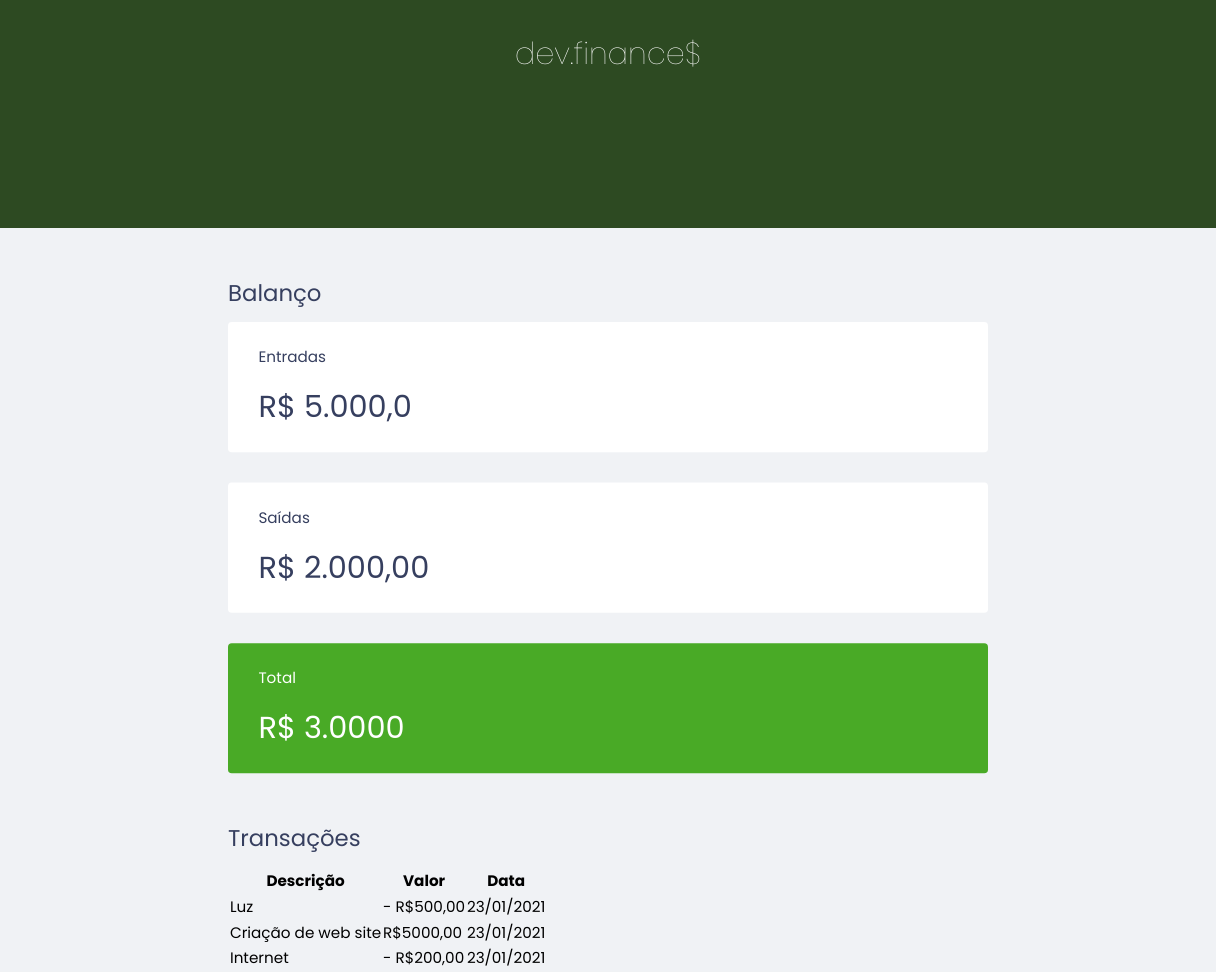
Repository: rafaelmgr12/maratona-dev01
Page: index.html
The author's editor kept a copy of each file at every save. The page is drawn from the files as they stood at one save, then again after the next save.
The browser window is 1280 px wide. The pictures show the whole page, at 95% of full size.

Above is the page before, as saved 2021-04-26 20:42:33.

### index.html
<!DOCTYPE html>
<html lang="pt-br">
  <head>
    <meta charset="UTF-8" />
    <meta http-equiv="X-UA-Compatible" content="IE=edge" />
    <meta name="viewport" content="width=device-width, initial-scale=1.0" />
    <title>Rafael-app.finance$</title>
    <link rel="stylesheet" href="style.css">
    <link rel="preconnect" href="https://fonts.gstatic.com">
    <link href="https://fonts.googleapis.com/css2?family=Poppins:ital,wght@0,100;0,400;0,700;1,100;1,400;1,700&display=swap" rel="stylesheet">
  </head>
  <body>
    <header><h1 id = "logo">dev.finance$</h1></header>
    <main class = "container">
      <section id="balance">
        <h2>Balanço</h2>
        <div class = "card">
          <h3>Entradas</h3>
          <p>R$ 5.000,0</p>
        </div>
        <div class = "card">
          <h3>Saídas</h3>
          <p>R$ 2.000,00</p>
        </div>
        <div class="card total">
          <h3>Total</h3>
          <p>R$ 3.0000</p>
        </div>
      </section>
      <section id = "transaction">
        <h2>Transações</h2>
        <table id= "data-table">
          <thead>
            <tr>
              <th>Descrição</th>
              <th>Valor</th>
              <th>Data</th>
            </tr>
          </thead>
          <tbody>
            <tr>
              <td>Luz</td>
              <td>- R$500,00</td>
              <td>23/01/2021</td>
            </tr>
            <tr>
              <td>Criação de web site</td>
              <td>R$5000,00</td>
              <td>23/01/2021</td>
            </tr>
            <tr>
              <td>Internet</td>
              <td>- R$200,00</td>
              <td>23/01/2021</td>
            </tr>
          </tbody>
        </table>
      </section>
    </main>
    <footer></footer>
  </body>
</html>

### style.css
/* Global ======================================== */
:root {
  --dark-blue: #363f5f;
}
* {
  margin: 0;
  padding: 0;
  box-sizing: border-box;
}

body {
  background: #f0f2f5;
  font-family: "Poppins", sans-serif;
}
.container {
  width: min(90vw, 800px);
  margin: auto;
}
/* Titles ======================================== */
h2 {
  margin-top: 3.2rem;
  margin-bottom: 0.8rem;
  color: var(--dark-blue);

  font-weight: normal;
}

/* Header ======================================== */
header {
  background: #2d4a22;
  padding: 2rem 0 10rem;
  text-align: center;
}

#logo {
  color: #fff;
  font-weight: 100;
}

/* Balance ======================================== */
balance {
  margin-top: -8rem;
}

balance h2 {
  color: white;
  margin-top: 0;
}

/* Cards ======================================== */

.card {
  background: white;
  padding: 1.5rem 2rem;
  border-radius: 0.25rem;

  margin-bottom: 2rem;

  color: var(--dark-blue);
}

.card h3 {
  font-weight: normal;
  font-size: 1rem;
}

.card p {
  font-size: 2rem;
  line-height: 3rem;

  margin-top: 1rem;
}

.card.total{
    background: #49aa26;
    color: white;
}
/* Table  ======================================== */
#transaction{

}

/* footer ======================================== */
footer {
  text-align: center;
}

After the next save:
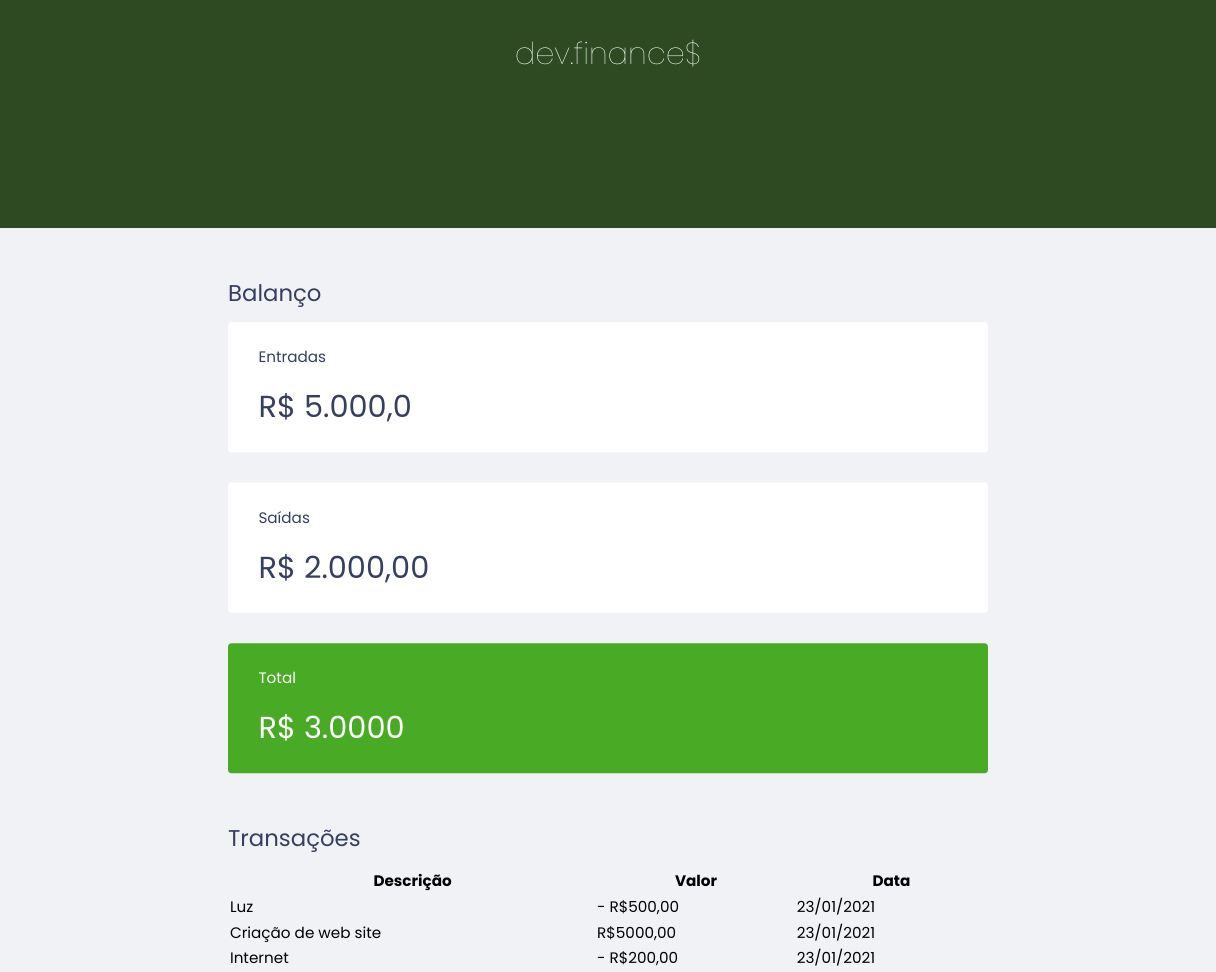
Saved 31 s later.
--- a/style.css
+++ b/style.css
@@ -76,8 +76,8 @@ balance h2 {
     color: white;
 }
 /* Table  ======================================== */
-#transaction{
-
+#data-table{
+    width: 100%;
 }
 
 /* footer ======================================== */
